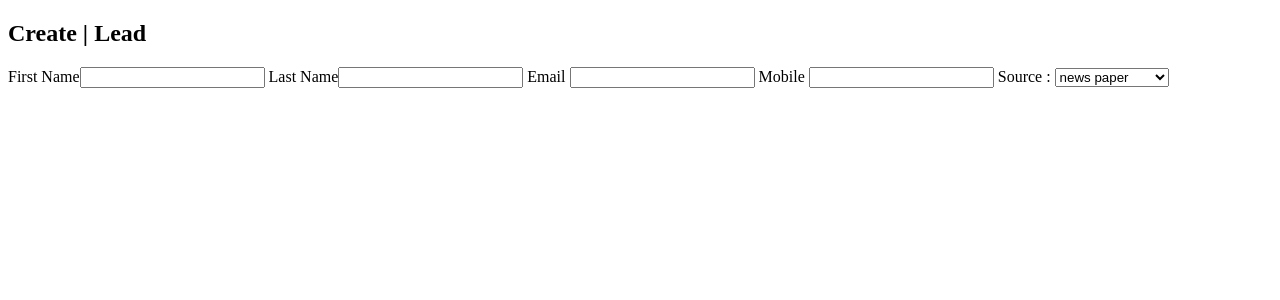
Repository: aniket-9211/zohocrmapp2
Page: http://localhost/zohocrmapp1/WEB-INF/jsps/create_lead.jsp
An editor plug-in stored every save of this project. The page is shown before and after the next save, followed by the edit.
The browser window is 1280 px wide. The pictures show the whole page.
The page is served by Tomcat 9. Nobody is signed in. Other server files are loaded and not shown. The template is opened directly, without the code that normally fills it, so the values that code supplies are empty.

Above is the page before, as saved 2022-09-21 23:01:00.

### zohocrmapp1/src/main/webapp/WEB-INF/jsps/create_lead.jsp
<%@ page language="java" contentType="text/html; charset=ISO-8859-1"
    pageEncoding="ISO-8859-1"%>
<!DOCTYPE html>
<html>
<head>
<meta charset="ISO-8859-1">
<title>create</title>
</head>
<body>
<h2>Create | Lead</h2>
<form>
	First Name<input type = "text" name = "firstName"/>
	Last Name<input type = "text" name = "lastName"/>
	Email <input type = "email" name = "email"/>
	Mobile <input type = "number" name = "mobile"/>
	Source :
	<select name="source">
  		<option value="newspaper">news paper</option>
 		 <option value="tv commercial">TV Commercial</option>
 		 <option value="online">Online</option>
 		 <option value="seminar">Seminar</option>
	</select>
</form>
</body>
</html>

After the next save:
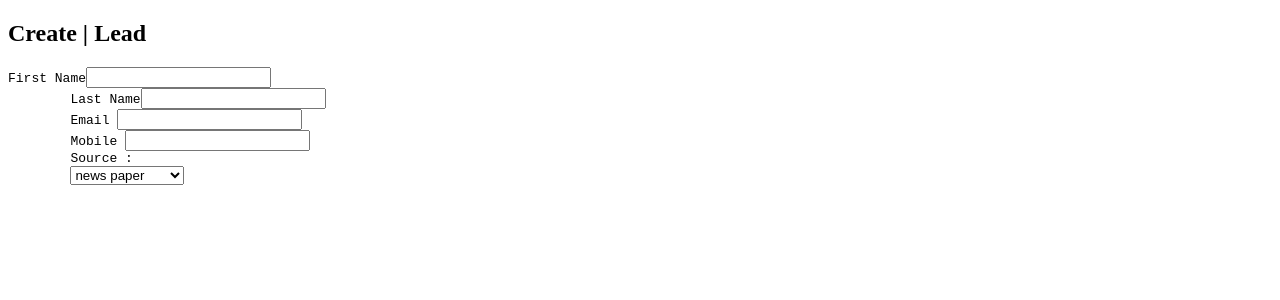
Saved 19 s later.
--- a/zohocrmapp1/src/main/webapp/WEB-INF/jsps/create_lead.jsp
+++ b/zohocrmapp1/src/main/webapp/WEB-INF/jsps/create_lead.jsp
@@ -9,7 +9,8 @@
 <body>
 <h2>Create | Lead</h2>
 <form>
-	First Name<input type = "text" name = "firstName"/>
+
+<pre>First Name<input type = "text" name = "firstName"/>
 	Last Name<input type = "text" name = "lastName"/>
 	Email <input type = "email" name = "email"/>
 	Mobile <input type = "number" name = "mobile"/>
@@ -20,6 +21,8 @@
  		 <option value="online">Online</option>
  		 <option value="seminar">Seminar</option>
 	</select>
+	</pre>
+
 </form>
 </body>
 </html>
